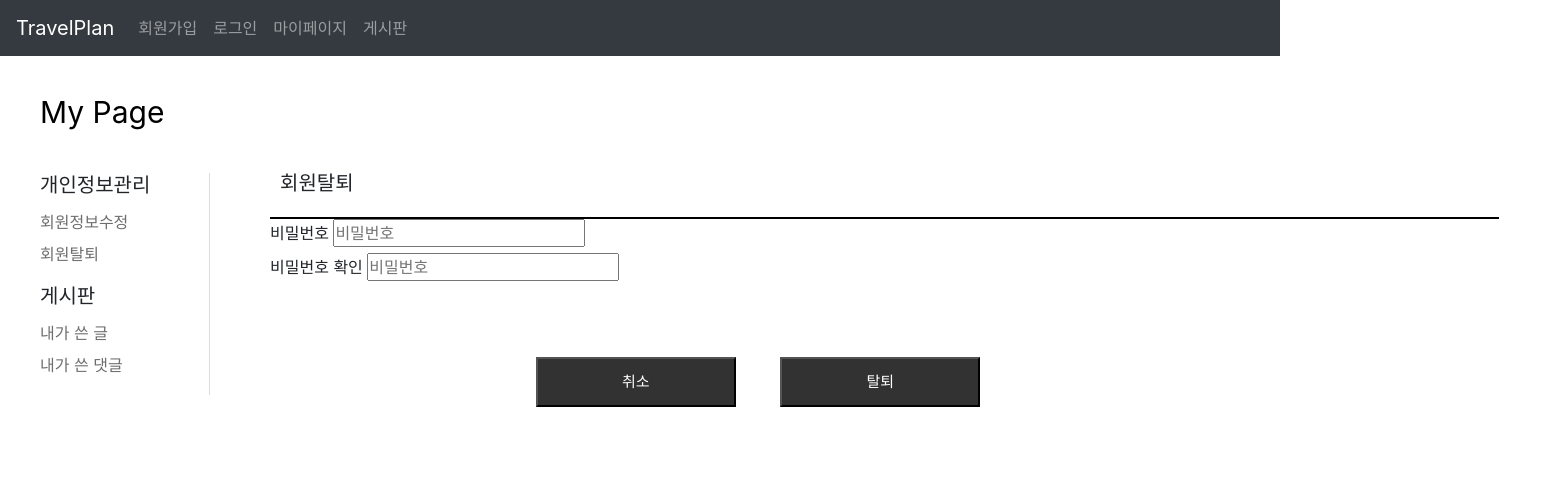
Repository: sna145815/Travel_v1
Page: http://localhost/Travel_v1/WEB-INF/view/deleteuser.jsp
The author's editor kept a copy of each file at every save. The page is drawn from the files as they stood at one save, then again after the next save.
The browser window is 1280 px wide. The page is 1560 px wide, so the pictures cover 1560 px, including what lies to the right of the window. The pictures show the whole page.
The page is served by Tomcat 9. Nobody is signed in. Other server files are loaded and not shown. The template is opened directly, without the code that normally fills it, so the values that code supplies are empty.

Above is the page before, as saved 2022-11-06 14:16:37.

### Travel_v1/src/main/webapp/WEB-INF/view/deleteuser.jsp
<%@ page language="java" contentType="text/html; charset=UTF-8"
    pageEncoding="UTF-8"%>
<%@ include file="/layout/header.jsp" %>

<!DOCTYPE html>
<html>
<head>
	<meta charset="UTF-8">
	<style>
		* {
			margin: 0;
			padding: 0;
		}
		#wrap {
			width: auto;
			min-width: 1560px;
			max-width: 1880px;
			padding: 0px 40px;
			margin: 0px auto;
			box-sizing: border-box;
		}
		#sub_header {
			position: relative;
			padding: 0px 0px 10px;
			margin: 0px auto;
		}
		.visual_area {
			padding: 5px 0px 8px;
			font-size: inherit;
			font-weight: normal;
		}
		.txt > a {
			display: inline-block;
			font-size: 30px;
			font-weight: normal;
			color: rgb(0, 0, 0);
		}
		.menu_area {
			float : left;
			width : 270px;
			border-right: 1px solid #ddd;
		}
		.content_right {
			position: absolute;
			left: 270px;
			top: 200;
			right: 0;
			min-width: 1229px;
		}
		.menu_area {
		 	width: 170px;
		 	float: left;
		 	margin: 24px 40px 0px 0px;
		 	font-size: 14px;
		}
		.menu1, .menu2 {
			display: flex;
			flex-direction: column;
			padding-bottom: 15px;
		}
		.update, .delete, .post, .comment {
			display: flex;
			margin-top: 2px;
			font-size: 16px;
			line-height: 30px;
			color: rgb(110, 110, 110);
		}
		.content-right {
			padding: 0;
			float: right;
		}
		.sectiontitle {
			border-bottom: 2px solid #000000;
			padding-left: 10px;
			padding-bottom: 14px;
			margin-top: 22px;
			line-height: 1.5px;
			font-size: 14px;
			position: relative;
		}
				.button {
			margin-top: 50px;
			margin-left: 20%;
		}
		.btn_cancel, .btn_delete {
			width: 200px;
			height: 50px;
			margin: 20px;
			padding: 10px;
			font-size: 15px;
			border-collapse: collapse;
			vertical-align: middle;
			color: rgb(255, 255, 255);
			background-color: rgb(50, 50, 50);
		}
	</style>
</head>
<body>
	<div id="wrap">
		<div id ="header">
			<div class="visual_area">
				<h1 class="txt">
					<a href="/mypage">My Page</a>
				</h1>
			</div>
		</div>
		<div id ="content_area">
			<div class ="content">
				<div class="content_in">
					<!-- 좌측 메뉴 -->
					<nav class="menu_area">
						<div class="menu1">
							<h5>개인정보관리</h5>
							<a href="/mypage" class="update">회원정보수정</a>
							<a href="/deleteuser" class="delete">회원탈퇴</a>
						</div>
						<div class="menu2">
							<h5>게시판</h5>
							<a href="#" class="post">내가 쓴 글</a>
							<a href="#" class="comment">내가 쓴 댓글</a>
						</div>
					</nav>
					<!-- 콘텐츠 내용 -->
					<section class ="content_right">
						<header class="sectiontitle">
							<h5>회원탈퇴</h5>
						</header>
						<div class="Password">
							<div class="inputpwd">
								<label for="myPW">비밀번호</label>
								<input type="password" id="myPW" placeholder="비밀번호" size=20/>
							</div>
							<div class="inputpwd">
								<label for="myPWR">비밀번호 확인</label>
								<input type="password" id="myPWR" placeholder="비밀번호" size=20/>
							</div>
						</div>
						<div class="button">
							<span>
								<button type="submit" class="btn_cancel">취소</button>
							</span>
							<span>
								<button type="submit" class="btn_delete">탈퇴</button>
							</span>
						</div>
					</section>
				</div>
			</div>
		</div>
	</div>
</body>
</html>

### Travel_v1/src/main/webapp/layout/header.jsp
<%@ page language="java" contentType="text/html; charset=UTF-8"
    pageEncoding="UTF-8"%>
<!DOCTYPE html>

<head>
  <title>TravelPlan</title>
  <meta charset="utf-8">
  <meta name="viewport" content="width=device-width, initial-scale=1">
  <link rel="stylesheet" href="https://cdn.jsdelivr.net/npm/bootstrap@4.6.1/dist/css/bootstrap.min.css">
  <script src="https://cdn.jsdelivr.net/npm/jquery@3.6.0/dist/jquery.slim.min.js"></script>
  <script src="https://cdn.jsdelivr.net/npm/popper.js@1.16.1/dist/umd/popper.min.js"></script>
  <script src="https://cdn.jsdelivr.net/npm/bootstrap@4.6.1/dist/js/bootstrap.bundle.min.js"></script>
</head>
<body>

<nav class="navbar navbar-expand-md bg-dark navbar-dark">
  <a class="navbar-brand" href="#">TravelPlan</a>
  <button class="navbar-toggler" type="button" data-toggle="collapse" data-target="#collapsibleNavbar">
    <span class="navbar-toggler-icon"></span>
  </button>
  <div class="collapse navbar-collapse" id="collapsibleNavbar">
    <ul class="navbar-nav">
      <li class="nav-item">
        <a class="nav-link" href="#">회원가입</a>
      </li>
      <li class="nav-item">
        <a class="nav-link" href="/login">로그인</a>
      </li>
      <li class="nav-item">
        <a class="nav-link" href="/mypage">마이페이지</a>
      </li>
      <li class="nav-item">
        <a class="nav-link" href="#">게시판</a>
      </li>
    </ul>
  </div>
</nav>
<br>

After the next save:
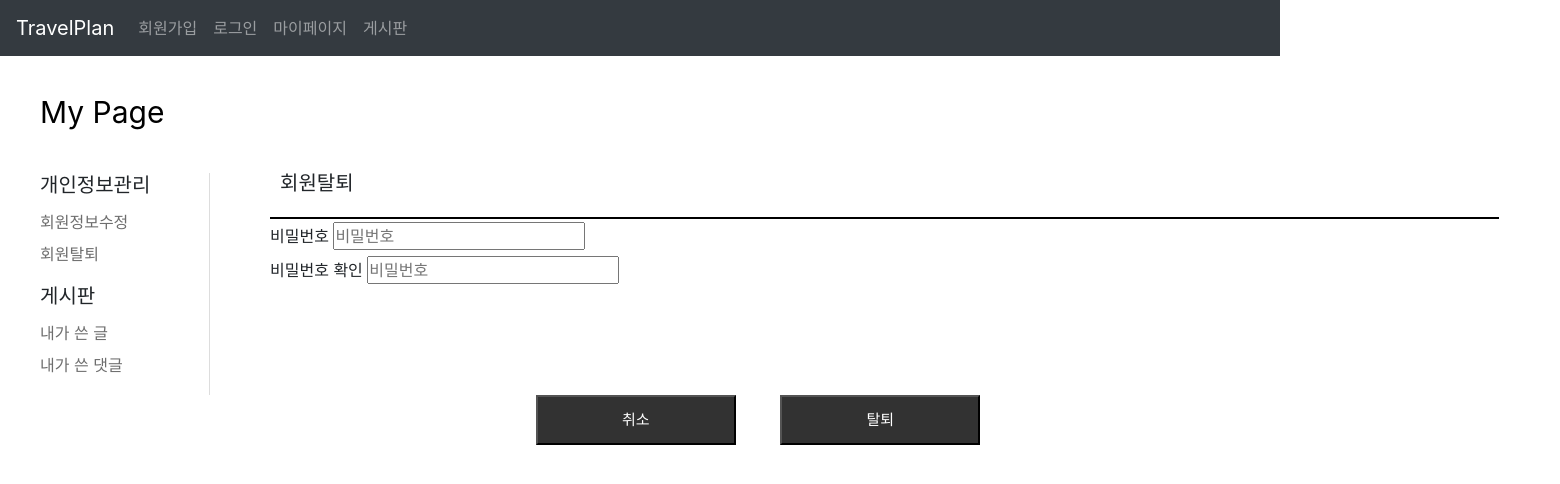
Saved 83 s later.
--- a/Travel_v1/src/main/webapp/WEB-INF/view/deleteuser.jsp
+++ b/Travel_v1/src/main/webapp/WEB-INF/view/deleteuser.jsp
@@ -78,7 +78,10 @@
 			font-size: 14px;
 			position: relative;
 		}
-				.button {
+		.password {
+			padding: 3px 0 35px 0;
+		}
+		.button {
 			margin-top: 50px;
 			margin-left: 20%;
 		}
@@ -125,7 +128,7 @@
 						<header class="sectiontitle">
 							<h5>회원탈퇴</h5>
 						</header>
-						<div class="Password">
+						<div class="password">
 							<div class="inputpwd">
 								<label for="myPW">비밀번호</label>
 								<input type="password" id="myPW" placeholder="비밀번호" size=20/>
